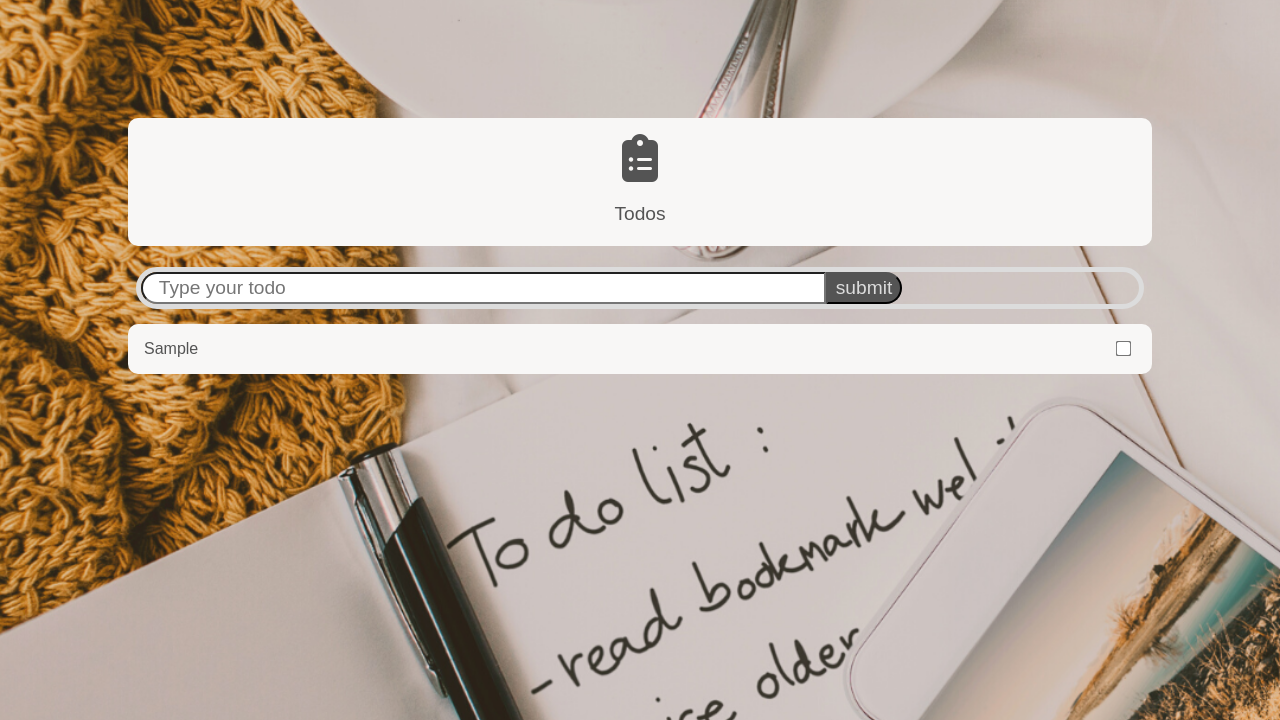
Repository: ShindanoSingi/My-Channel-Videos
Page: index.html
The author's editor kept a copy of each file at every save. The page is drawn from the files as they stood at one save, then again after the next save.
The browser window is 1280 px wide. The pictures show the whole page.
Empty fields were first filled with sample values (such as "Sample", 5 or name@example.com).
After loading, the first visible `#submit-button` was clicked once.

Above is the page before, as saved 2023-07-18 00:29:21.
Console error: TypeError: Cannot read properties of null (reading 'addEventListener')

### index.html
<!DOCTYPE html>
<html lang="en">
<head>
    <meta charset="UTF-8">
    <meta name="viewport" content="width=device-width, initial-scale=1.0">
    <link rel="stylesheet" href="https://cdnjs.cloudflare.com/ajax/libs/font-awesome/6.2.0/css/all.min.css" integrity="sha512-xh6O/CkQoPOWDdYTDqeRdPCVd1SpvCA9XXcUnZS2FmJNp1coAFzvtCN9BmamE+4aHK8yyUHUSCcJHgXloTyT2A==" crossorigin="anonymous" referrerpolicy="no-referrer" />
    <Link rel="stylesheet" href="style.css">
    <title>Todo App</title>
</head>
<body>
    <div class="container">
        <div class="top-div">
            <i class="todo-icon fa-solid fa-clipboard-list"></i>
            <span>Todos</span>
        </div>

        <div class="input-button-container">
            <input class="input-field" id="input-field" type="text" placeholder="Type your todo">
            <input type="submit" value="submit" class="submit-button" id="submit-button">
        </div>
        <div class="div-checkbox-containers-parent" id="div-checkbox-containers-parent">
            </div>
        </div>
    </div>
    <script src="index.js"></script>
</body>
</html>

### style.css
:root{
    --gray-color: #545454;
    --background-color: #F8F7F6;
    --general-font: 1.2rem;
    --light-blue:#1E90FF;
    --light-gray:#DCDCDC;
    --border-radius: 10px;
    --input-border-radius: 50px;
    --padding-x: 0.5rem;
    --padding-y: 0.2rem;
    --screen: 100vw;
    --orange: #D59A4C;
}

body{
    color: var(--gray-color);
    font-family: 'Montserrat', sans-serif;
    font-size: var(--general-font);
    background-image: url(images/Background.png);
    background-size: cover;
    background-repeat: no-repeat;
    background-position: center;
    width: fit-content;
    box-sizing: 0;
    margin: 0;
    padding: 0;
}

.todo-icon{
    font-size: 3rem;
}

.top-div{
    width: 80%;
    background: var(--background-color);
    display: grid;
    justify-items: center;
    height: 6rem;
    gap: 1rem;
    border-radius: var(--border-radius);
    padding: 1rem 0;
    margin-bottom: 1.3rem;
    margin-top: -17rem;
}

/* Input field */
input, .submit-button{
    font-size: var(--general-font);
}

.input-field{
    width: 65%;
    display: inline-block;
    border-radius: var(--input-border-radius) 0 0 var(--input-border-radius);
    padding: 0.2rem 1rem;
}

.check-mark{
    z-index: -1;
}

input:focus{
    outline: none;
    background-color: var(--light-gray);
}

.submit-button{
    color: var(--light-gray);
    padding: 0 0.4rem;
    display: inline-block;
    background-color: var(--gray-color);

    color: var(--light-gray);
    border-radius: 0 var(--input-border-radius) var(--input-border-radius) 0;
    padding: var(--padding-y) var(--padding-x);
}

.submit-button:hover{
    background-color: var(--orange);
}

.input-button-container{
    width: 78%;
    display: flex;
    align-items: center;
    border: 5px solid var(--light-gray);
    border-radius: var(--input-border-radius) var(--input-border-radius);
    margin-top: 2rem;
    margin: 0 auto;
    margin-bottom: 1.3rem;
    /* display: none; */
}

div.text{
    font-size: 1rem;
    width: 70%;
    overflow: scroll;
    padding: 1rem;
}

.checkbox{
    transform: scale(1.2);
}

.check-mark{
    transform: translate(-1rem, -0.2rem);
}

.checkbox-icon{
    display: flex;
}

.div-checkbox-container{
    width: 100%;
    height: auto;
    display: flex;
    justify-content: space-between;
    align-items: center;
    background-color: var(--background-color);
    border-radius: var(--border-radius);
}

.div-checkbox-containers-parent{
    display: flex;
    flex-direction: column;
    align-items: center;
    gap: 1.5rem;
    padding: 0 2rem;
    width: 80%;
    max-height: 55vh;
    overflow-y: scroll;
    padding-bottom: 2%;
    position: absolute;
    top: 45%;
}

.container{
    height: 100svh;
    width: 100vw;
    display: flex;
    flex-direction: column;
    align-items: center;
    justify-content: center;
}

### index.js
let button = document.getElementById("submit-button");
button.addEventListener("click", function () {

    let newDiv1 = document.getElementById("div-checkbox-containers-parent");

    let inputValue = document.getElementById("input-field");

    let newDiv2 = document.createElement("div");
    newDiv2.setAttribute('class', "div-checkbox-container");
    newDiv2.setAttribute("id", "div-checkbox-container");

    let newDiv3 = document.createElement("div");
    newDiv3.setAttribute("class", "text");
    newDiv3.setAttribute("id", "text");
    newDiv3.textContent = inputValue.value;

    let newDiv4 = document.createElement("div");
    newDiv4.setAttribute("class", "checkbox-icon");
    newDiv4.setAttribute("id", "checkbox-icon");

    let input = document.createElement("input");
    input.type = "checkbox";
    input.setAttribute("class", "checkbox");
    input.setAttribute("id", "checkbox");

    let i = document.createElement("i");
    i.setAttribute("class", "check-mark fa-solid fa-check");
    i.setAttribute('id','check-mark');

    newDiv4.appendChild(input);
    newDiv4.appendChild(i);

    newDiv2.appendChild(newDiv3);
    newDiv2.appendChild(newDiv4);

    console.log(newDiv1)
    if (!inputValue.value) {
        alert("Please enter the text!")
        return
    }

    newDiv1.appendChild(newDiv2);

    newDiv1.scrollTop = newDiv1.scrollHeight;

    inputValue.value = ''
});

const showCheckMark = () => {
    let checkMark = document.getElementById('check-mark');
    checkMark.style.zIndex = 1;
    console.log("Lol")
}

let checkBoxIcon = document.getElementById('checkbox-icon');
checkBoxIcon.addEventListener('click', (event) => {
    showCheckMark()
})

After the next save:
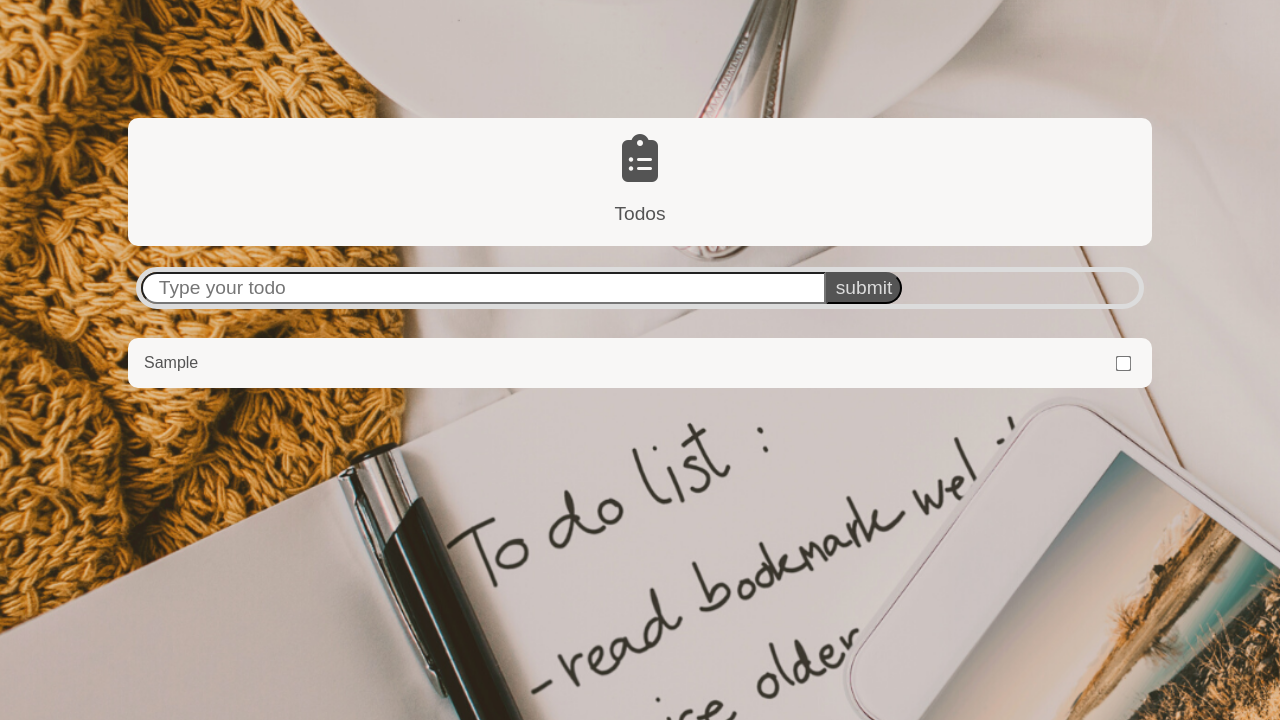
Saved 9 s later.
--- a/style.css
+++ b/style.css
@@ -131,7 +131,7 @@ div.text{
     overflow-y: scroll;
     padding-bottom: 2%;
     position: absolute;
-    top: 45%;
+    top: 47%;
 }
 
 .container{
